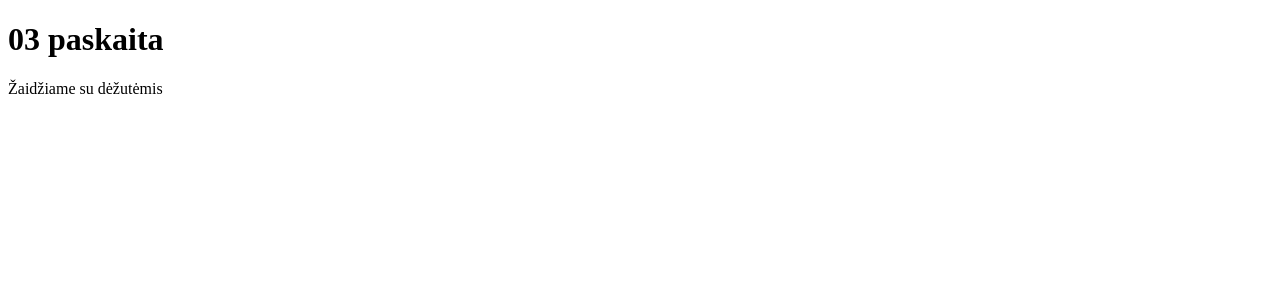
Repository: motiejus1/03-paskaita
Page: index.html
These files come from the project's save history. The page is drawn as it stood at one moment and after the next save; the edit follows.
The browser window is 1280 px wide. The pictures show the whole page.

Above is the page before, as saved 2021-06-03 18:42:51.

After the next save:
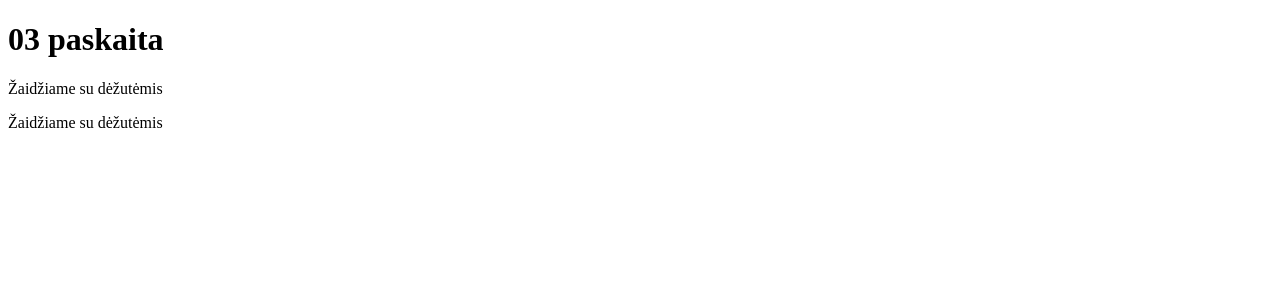
Saved 5 s later.
--- a/index.html
+++ b/index.html
@@ -9,6 +9,6 @@
 <body>
     <h1>03 paskaita</h1>
     <p>Žaidžiame su dėžutėmis</p>
-    <span></span>
+    <span>Žaidžiame su dėžutėmis</span>
 </body>
 </html>
